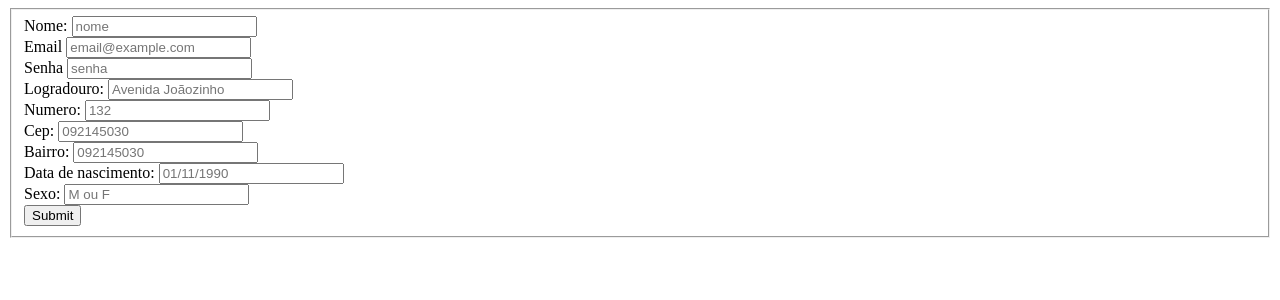
Repository: moises2112/Projetos
Page: http://localhost/Dog/cadastrar.jsp
The author's editor kept a copy of each file at every save. The page is drawn from the files as they stood at one save, then again after the next save.
The browser window is 1280 px wide. The pictures show the whole page.
The page is served by Tomcat 9. Other server files are loaded and not shown.

Above is the page before, as saved 2017-06-10 17:25:38.

### Dog/WebContent/cadastrar.jsp

<%@ page language="java" contentType="text/html; charset=ISO-8859-1"
	pageEncoding="ISO-8859-1"%>
<%@ taglib uri="http://java.sun.com/jsp/jstl/core" prefix="c"%>
<!DOCTYPE HTML>
<html>
<head>
<meta http-equiv="Content-Type" content="text/html; charset=ISO-8859-1">

<title>Faça parte do Tindog</title>
</head>
<body>

	<form action="UsuarioController.do?action=inserir" method="post">
		<fieldset>

			<div>
				<label for="nome">Nome:</label> <input type="text" name="nome"
					placeholder="nome" />
			</div>
			<div>
				<label for="email">Email</label> <input type="text" name="email"
					placeholder="email@example.com" />
			</div>
			<div>
				<label for="senha">Senha</label> <input type="password" name="senha"
					placeholder="senha" />
			</div>
			<div>
				<label for="logradouro">Logradouro:</label> <input type="text"
					name="logradouro" placeholder="Avenida Joãozinho" />
			</div>
			<div>
				<label for="numero">Numero:</label> <input type="text" name="numero"
					placeholder="132" />
			</div>
			<div>
				<label for="cep">Cep:</label> <input type="text" name="cep"
					placeholder="092145030" />
			</div>
			<div>
				<label for="bairro">Bairro:</label> <input type="text" name="bairro"
					placeholder="092145030" />
			</div>
			<div>
				<label for="dataNascimento">Data de nascimento:</label> <input
					type="text" name="dataNascimento" placeholder="01/11/1990" />
			</div>
			<div>
				<label for="sexo">Sexo:</label> <input type="text" name="sexo"
					placeholder="M ou F" />
			</div>

			<div>
				<input type="submit" value="Submit" />
			</div>
		</fieldset>
	</form>
	<label><c:out value="${erroAoLogar}" /></label>


</body>
</html>

After the next save:
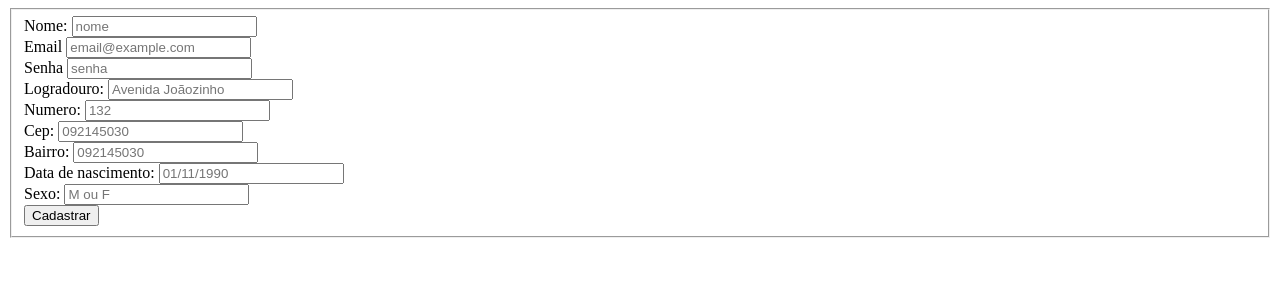
Saved 4 min 53 s later.
--- a/Dog/WebContent/cadastrar.jsp
+++ b/Dog/WebContent/cadastrar.jsp
@@ -52,7 +52,7 @@
 			</div>
 
 			<div>
-				<input type="submit" value="Submit" />
+				<input type="submit" value="Cadastrar" /> <a href="./login.jsp"></a>
 			</div>
 		</fieldset>
 	</form>
